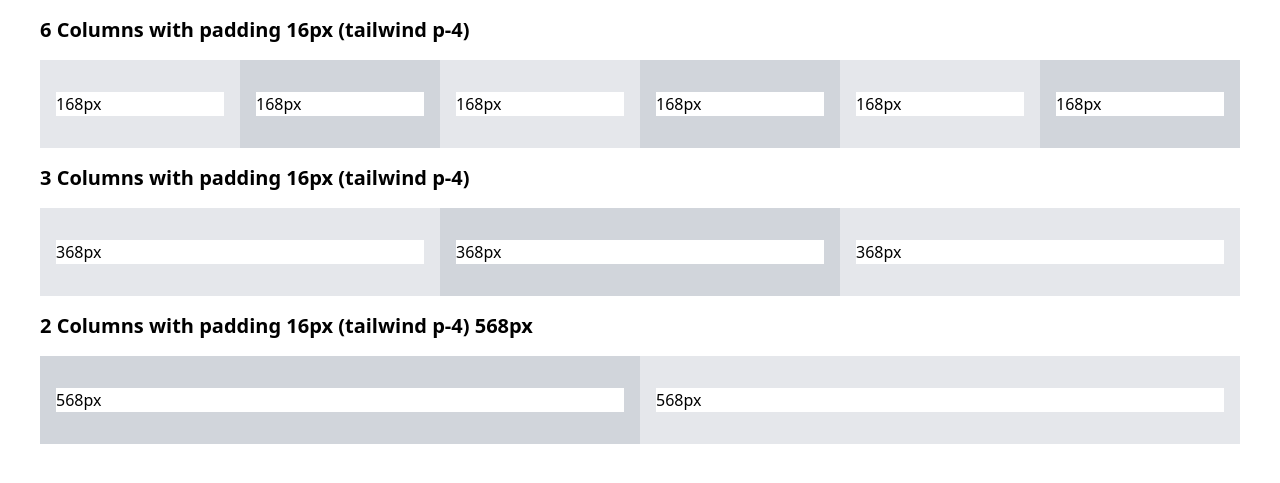
Repository: fabianwurk/vue-tailwind
Page: /
These files come from the project's save history. The page is drawn as it stood at one moment and after the next save; the edit follows.
The browser window is 1280 px wide. The pictures show the whole page.
The project was rebuilt for these pictures with package versions that can differ from the ones it lists, and the page was loaded fresh each time. Also part of the build but not shown: vite.config.js.

Above is the page before, as saved 2021-03-15 23:38:58.

After the next save:
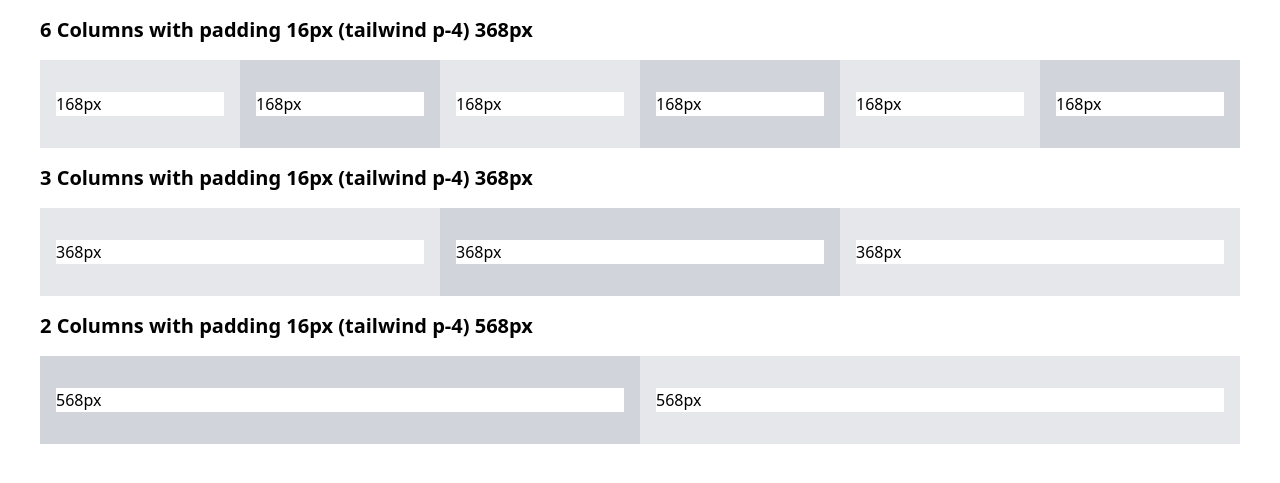
Saved 17 s later.
--- a/src/components/Tail.vue
+++ b/src/components/Tail.vue
@@ -2,7 +2,7 @@
   <div>
 
   <div class="container mx-auto">
-    <h2 class="text-xl font-bold my-4">6 Columns with padding 16px (tailwind p-4) </h2>
+    <h2 class="text-xl font-bold my-4">6 Columns with padding 16px (tailwind p-4) {{ threeCol }}</h2>
     <div class="flex items-center">
       <div class="w-1/6 bg-gray-200 py-8 px-4">
         <span class="bg-white w-full block">{{ sixCol }}</span>
@@ -26,7 +26,7 @@
   </div>
 
   <div class="container mx-auto">
-    <h2 class="text-xl font-bold my-4">3 Columns with padding 16px (tailwind p-4) </h2>
+    <h2 class="text-xl font-bold my-4">3 Columns with padding 16px (tailwind p-4) {{ threeCol }}</h2>
     <div class="flex items-center">
       <div class="w-1/3 bg-gray-200 py-8 px-4">
         <span class="bg-white w-full block">{{ threeCol }}</span>
